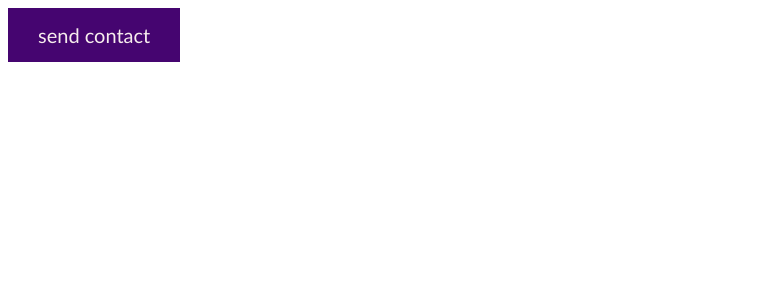
Repository: 16-Doffy/howtouse-htmlcss
Page: code_giaodien/index.html
An editor plug-in stored every save of this project. The page is shown before and after the next save, followed by the edit.
The browser window is 768 px wide. The pictures show the whole page.

Above is the page before, as saved 2024-12-18 21:42:25.

After the next save:
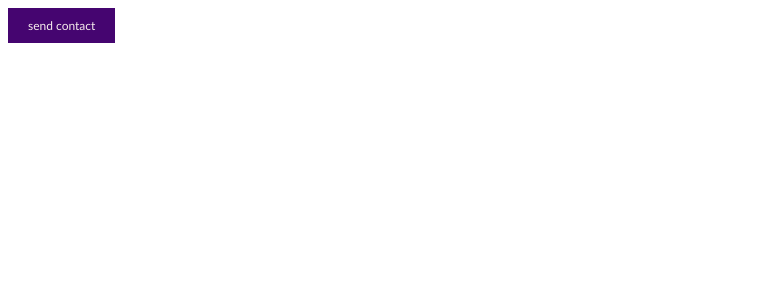
Saved 30 s later.
--- a/code_giaodien/styles.css
+++ b/code_giaodien/styles.css
@@ -9,3 +9,9 @@
   background-color: #450570;
   cursor: pointer;
 }
+@media screen and (max-width: 1023.98px) {
+.button {
+padding: 10px 20px;
+font-size: 12px;
+}
+}
